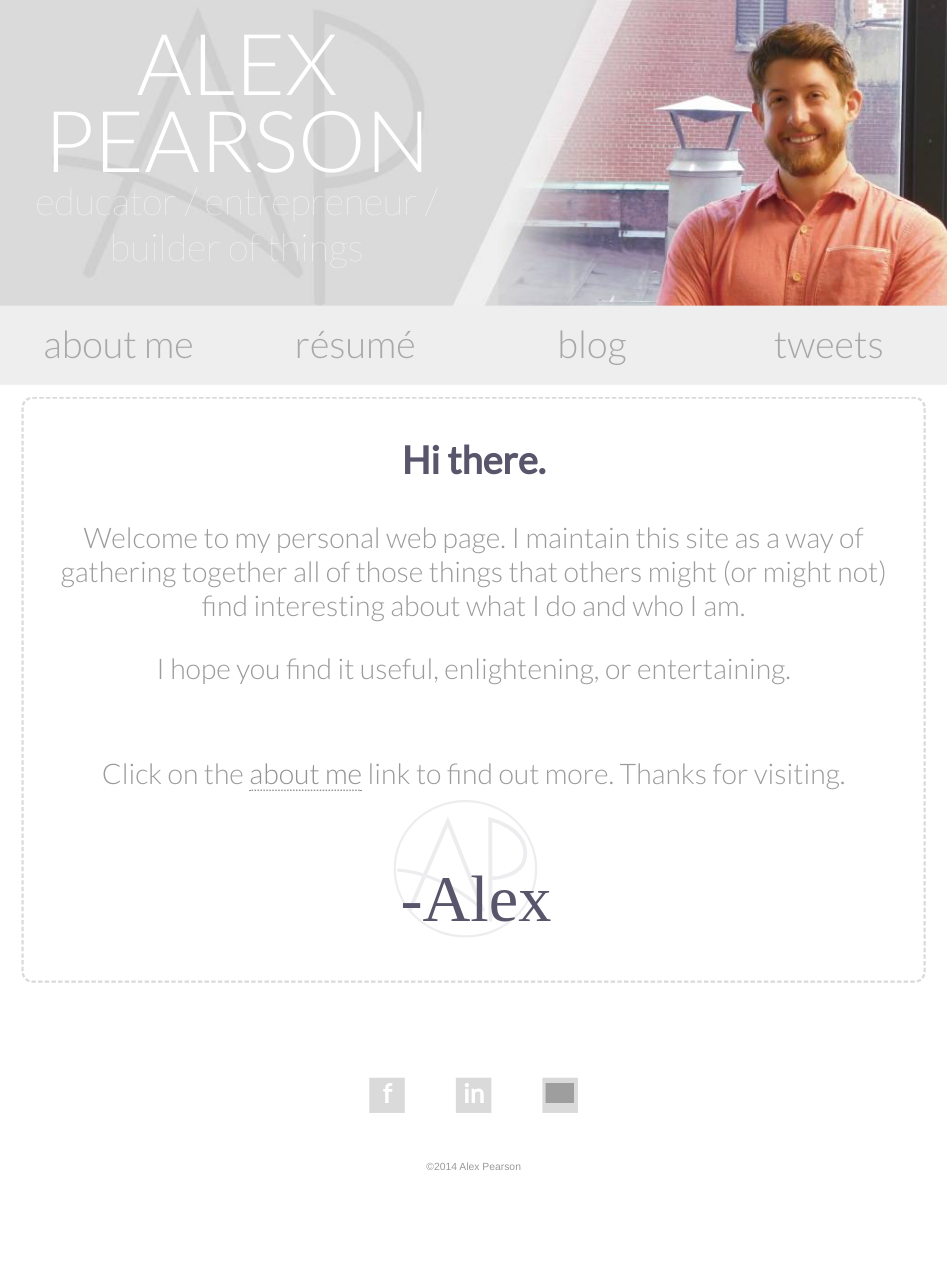
Repository: NAlexPear/personal-page
Page: about/index.html
The author's editor kept a record of every edit. The page is drawn from the files as they stood at one moment, then again after the next edit.
The browser window is 1280 px wide. The pictures show the whole page, at 74% of full size.
Pictures or frames that could not be fetched are drawn as grey boxes.

Above is the page before.

### about/index.html
<!DOCTYPE html>
<html lang="en-us">

<head>
<meta charset="utf-8">
<!-- Set the viewport width to device width for mobile -->
<meta name="viewport" content="width=device-width, initial-scale=1, maximum-scale=1, user-scalable=0">
<link rel="shortcut icon" href="../theme/images/favicon.ico" type="image/x-icon">
<link rel="icon" href="../theme/images/favicon.ico" type="image/x-icon">
<title>Alex Pearson</title>
<!-- Included CSS Files -->
<link rel="stylesheet" href="../theme/css/maintemplate2.css">
<!-- IE Fix for HTML5 Tags -->
<!--[if lt IE 9]>
		<script src="http://html5shiv.googlecode.com/svn/trunk/html5.js"></script>
	<![endif]-->

<link rel="canonical" href="http://alexpear.com">
<link rel="shortlink" href="http://alexpear.com">

<link href='https://fonts.googleapis.com/css?family=Lato:100,300,400' rel='stylesheet' type='text/css'>
<!--Scripts below-->
<script type="text/javascript" src="../theme/js/analytics.js"></script>

</head>

<body>
    <div style="background-color: #EEEEEE;">
    <div class="topstuff">
        <img src="../theme/images/alexsmilin3.jpg" width="100%" height="auto"></img>
        <div class="splash">
            <div id="splashname">
                ALEX PEARSON
            </div>
            <div id="splashtag">
                educator / entrepreneur / builder of things
            </div>
        </div>
    </div>
        <ul id="navbubbles">
            <li id="about">
                <div class="navreact">
                    <a href="http://www.alexpear.com/about" title="About Alex" alt="About Alex">
                        <div>about me</div>
                    </a>
                </div>
            </li>
            <li id="resume">
                <div class="navreact">
                    <a href="http://alexpear.com/resume" title="Alex's Resume" alt="Alex's Resume">
                        <div>résumé</div>
                    </a>
                </div>
            </li>
            <li id="blog">
                <div class="navreact">
                    <a href="http://alexpear.com/blog" title="Alex's Blog" alt="Alex's Blog">
                        <div>blog</div>
                    </a>
                </div>
            </li>
            <li id="blog">
                <div class="navreact">
                    <a href="http://alexpear.com/tweets" title="Alex's Twitter Feed" alt="Alex's Tweets">
                        <div>tweets</div>
                    </a>
                </div>
            </li>
        </ul>
    </div>
    <div id="content-wrapper">
        <div id="content">
            <p style="font-weight:bold; text-align: center; font-size:4vw; color:#59556A;">Hi there.</p>
            <p style="text-align:center;">Welcome to my personal web page. I maintain this site as a way of gathering together all of those things that others might (or might not) find interesting about what I do and who I am.
            <br>
            <p style="text-align:center;">I hope you find it useful, enlightening, or entertaining.</p>
            <br>
            <p style="text-align:center;">Click on the <a href="http://alexpear.com/about">about me</a> link to find out more. Thanks for visiting.</p>
            <div class="signature">
                <img src="../theme/images/APlogo3.svg">
                <h1>-Alex</h1>
            </div>


        </div>
    </div>
</body>
<footer>
    <div class="socialmedia">
        <ul id="socialmediabuttons">
            <li id="fb"><a href="https://www.facebook.com/alex.pearson.568" title="facebook">f</a></li>
            <li id="in"><a href="https://www.linkedin.com/pub/alex-pearson/a4/492/a16" title="linkedin">in</a></li>
            <li id="twit"><a href="https://twitter.com/NAlexPearson" title="twitter"><img src="http://i.imgur.com/KlB8yzw.png" width="80%"></a></li>

        </ul>
    </div>
    <div class="copyright">©2014 Alex Pearson</div>
</footer>
<!--<body>-->
<!--    <div>-->
<!--        <div>-->
<!--            <ul id="navbubbles">-->
<!--                <li class="aboutpagebuttons"><img src="http://i.imgur.com/VPk4w5T.jpg" width="100%"/></li>-->
<!--                <li class="aboutpagebuttons"><img src="http://i.imgur.com/7XGbVoA.jpg" width="100%"/></li>-->
<!--                <li class="aboutpagebuttons"><img src="http://i.imgur.com/54ftRHh.jpg" width="100%"/></li>-->
<!--            </ul>-->
<!--        </div>-->
<!--        <p class="main">Hi there. Thanks for looking at my page. I'm a recent transplant to St. Louis by way of Nashville. For the past three years, I've been running my own weightlifting, CrossFit, and general fitness business.</p>-->
<!--        <div>-->
<!--            <ul id="navbubbles">-->
<!--                <li class="aboutpagebuttons"><img src="http://i.imgur.com/GGhYqPX.jpg" height="100%"></img></li>-->
<!--                <li class="aboutpagebuttons"><img src="http://i.imgur.com/pjjaoxQ.jpg" width="100%"></img></li>-->
<!--                <li class="aboutpagebuttons"><img src="http://i.imgur.com/vcil9Jb.jpg" width="100%"></img></li>-->
<!--            </ul>-->
<!--        </div>-->
<!--        <p class="main">After building my business from scratch into a self-sustaining (and sell-able) community, it was time to move on to the next adventure. So here I am. You can still find me in the weight room and on the competition platform, but as an athlete instead of full-time coach.</p>-->
<!--        <div>-->
<!--            <ul id="navbubbles">-->
<!--                <li class="aboutpagebuttons"><img src="http://i.imgur.com/yh2LGXZ.jpg" height="100%"></li>-->
<!--                <li class="aboutpagebuttons"><img src="http://i.imgur.com/htYHARt.jpg" width="100%"></li>-->
<!--                <li class="aboutpagebuttons"><img src="http://i.imgur.com/kY4R3GA.jpg" height="100%"></li>-->
<!--            </ul>-->
<!--        </div>-->
<!--        <p class="main">For now, it's time for me to get connected to the St. Louis entrepreneurial scene and get started on the next business idea. If you'd like to work with me, check out my resume on the front page, or shoot me an email at alex@alexpear.com.</p>-->
<!--    </div>-->
<!--</body>-->

### theme/css/maintemplate2.css
html{
    -webkit-font-smoothing: antialised;
    margin:0;
}

body{
    background-color: rgb(255,255,255);
    margin:0;
}

p {
    font-family: georgia, "Times New Roman";
    font-size: 4vw;
    color: rgb(155,155,155);
}

a {
    text-decoration: none;
    color: rgba(100,100,100,0.7);
}

a:hover {
    color: rgba(100,100,100,1.0);
}

.topstuff{
    width: 100%;
}

.splash {
    width: 50%;
    position: absolute;
    margin-top: -30%;
}

#content-wrapper{
    width:95%;
    margin-left:auto;
    margin-right:auto;
    border: 0.3vw dashed #dadada;
    border-radius: 15px;
}

#content{
    padding-left:1.5vw;
    padding-right:1.5vw;
}

#content p{
    font-size:3vw;
    font-family:'Lato', 'Helvetica', 'sans-serif';
    font-weight:300;
}

#content ul{
    font-family: 'Lato', 'Helvetica', 'sans-serif';
    font-size: 0.8em;
    opacity: 0.3;
}

#content a{
    border-bottom:0.2vw dotted;
}

#content a:hover{
    border-bottom:0.2vw solid;
}

.signature{
    width:40%;
    height:auto;
    margin-left:auto;
    margin-right:auto;
    margin-top:-2%;
}

.signature img{
    /*float:left;*/
    margin-left:27%;
    width:40%;
    height:14vw;
    margin-bottom:0;
    opacity: 0.1;
    border: 0.3vw solid #59556a;
    border-radius:50%;
}

.signature h1{
    font-family: 'Shadows Into Light', 'cursive';
    font-size: 7vw;
    font-weight:300;
    margin-left:29%;
    margin-top:-23%;
    padding-top:0;
    color:#59556a;
}

#splashname{
    position:relative;
    font-family: 'Lato', "sans-serif";
    text-align: center;
    font-weight: 300;
    font-size:9vw;
    line-height:90%;
    padding-bottom: 0vw;
    color: rgb(255,255,255);
}

#splashtag{
    position:relative;
    font-family:'Lato',"Sans-Serif";
    font-size:4vw;
    font-weight: 100;
    color: rgb(255,255,255);
    text-align: center;
}

#navbubbles{
    list-style-type:none;
    display:table;
    table-layout:fixed;
    width: 100%;
    padding-bottom: 2vw;
    padding-left: 0px;
}

#navbubbles li{
    display: table-cell;
    text-align: center;
    font-family: 'Lato', "Sans-Serif";
    font-size: 4vw;
    font-weight: 300;
    color:#ffffff;;
}

.navreact a{

   color:#A8A8A8;
  -o-transition:.5s color;
  -ms-transition:.5s color;
  -moz-transition:.5s color;
  -webkit-transition:.5s color;
   transition: .5s color;
}

.navreact a:hover{
    color: #51504f;
}




.socialmedia{
    margin-top: 10%;
}

footer ul { list-style: none; margin: 0 auto; overflow: hidden; padding: 0; width: 50%; min-width:200px; max-width:350px;
    margin-left: auto;
    margin-right: auto;
    display: table;
    table-layout:fixed;
}
footer ul li {display: table-cell; font-family: lato, "sans-serif"; font-size: 2.2em; font-weight: bold;}
footer ul li:last-child {margin-right: 0; }
footer ul li a { background: #DADADA; display:block; color: #fff; overflow: hidden; text-decoration: none; -webkit-transition: all .3s ease; width: 48px; height: 48px;margin-left:auto;margin-right:auto;}
footer ul li a:hover, footer ul li a:focus, footer ul li a:active { background: #51504f; color: #fff; }

#socialmediabuttons {
    text-align: center;
    /*direction:ltr;*/
}

#in{
    font-weight: bolder;
}

.copyright {
    margin-top:5%;
    margin-bottom:10%;
    text-align: center;
    font-family: helvetica, "Sans-Serif";
    font-size: 14px;
    opacity: 0.4;
}

### theme/js/analytics.js
(function(i,s,o,g,r,a,m){i['GoogleAnalyticsObject']=r;i[r]=i[r]||function(){(i[r].q=i[r].q||[]).push(arguments)},i[r].l=1*new Date();a=s.createElement(o),m=s.getElementsByTagName(o)[0];a.async=1;a.src=g;m.parentNode.insertBefore(a,m)})(window,document,'script','//www.google-analytics.com/analytics.js','ga');ga('create','UA-56023800-1','auto');ga('send','pageview');

After the next edit:
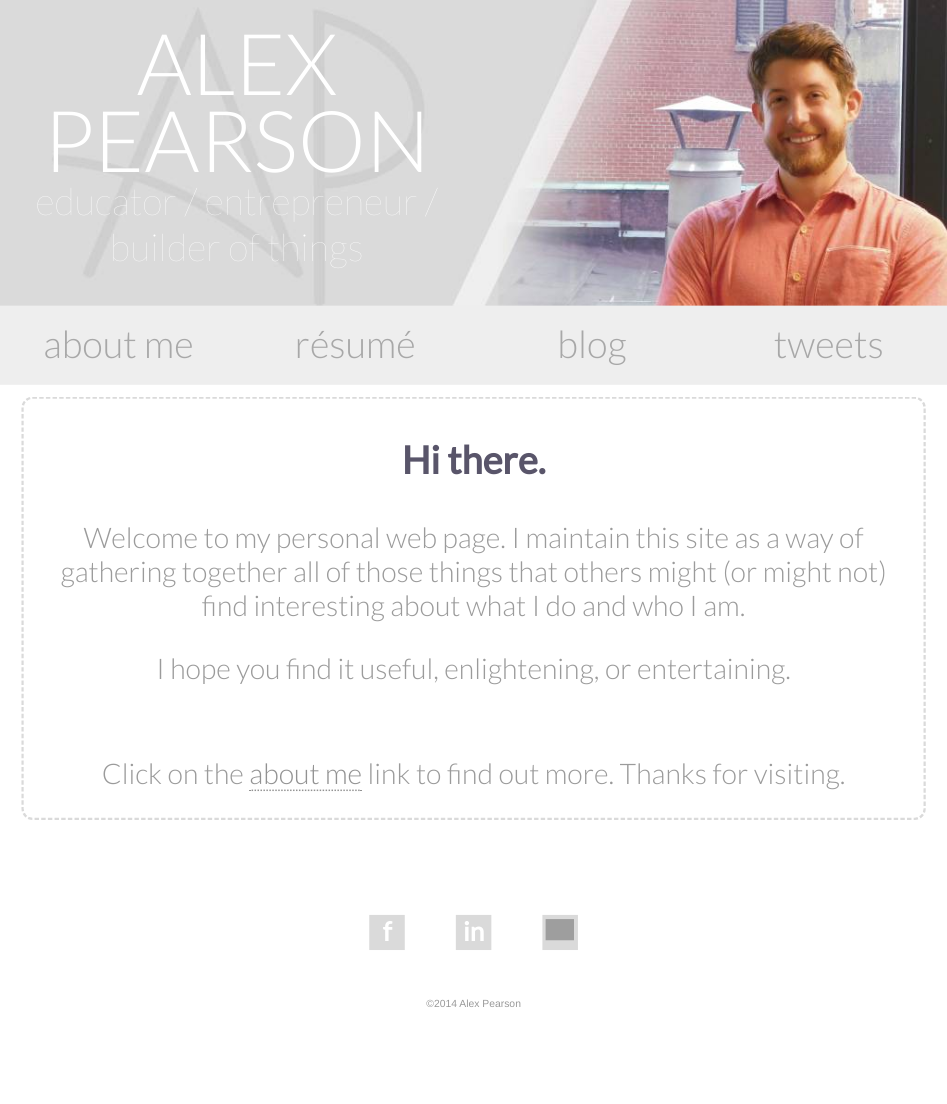
The edit:
--- a/about/index.html
+++ b/about/index.html
@@ -76,10 +76,6 @@
             <p style="text-align:center;">I hope you find it useful, enlightening, or entertaining.</p>
             <br>
             <p style="text-align:center;">Click on the <a href="http://alexpear.com/about">about me</a> link to find out more. Thanks for visiting.</p>
-            <div class="signature">
-                <img src="../theme/images/APlogo3.svg">
-                <h1>-Alex</h1>
-            </div>
 
 
         </div>
